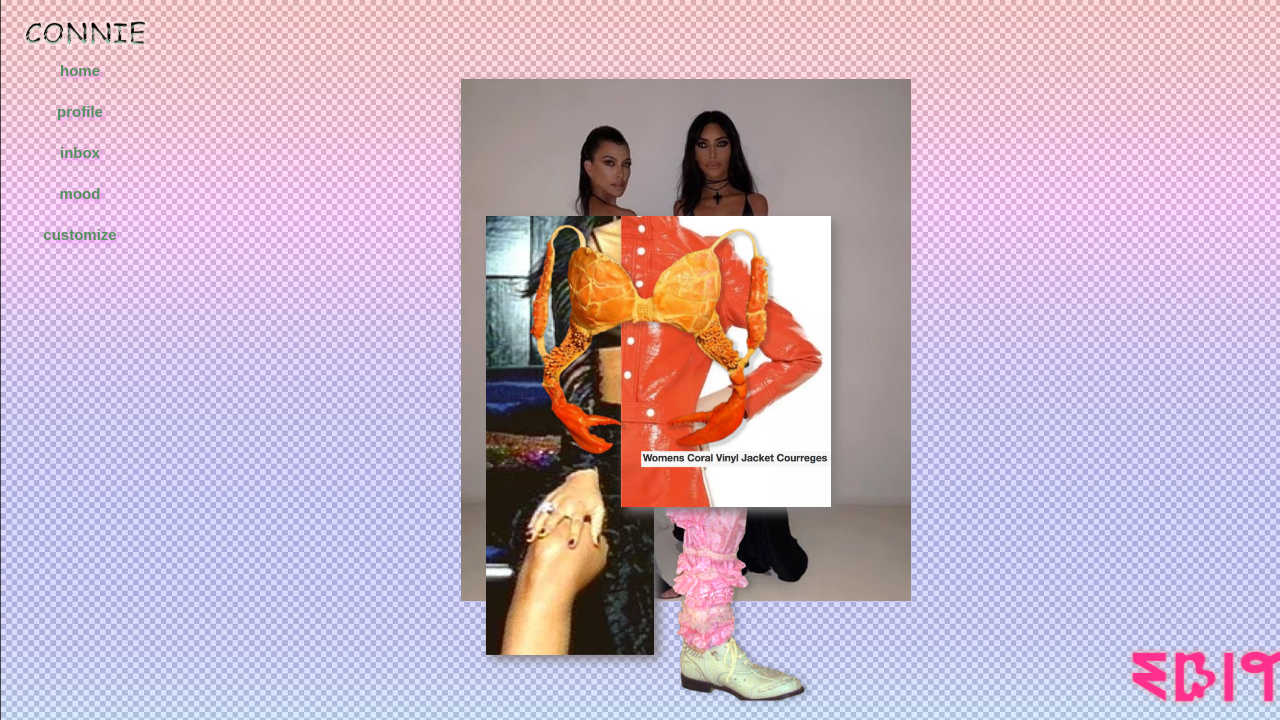
Repository: xuc009/xuc009.github.io
Page: track12/index.html
The author's editor kept a copy of each file at every save. The page is drawn from the files as they stood at one save, then again after the next save.
The browser window is 1280 px wide. The pictures show the whole page.
Some web fonts or font styles are not loaded; a fallback is used. Some web libraries are served in a nearby version.

Above is the page before, as saved 2018-12-08 16:49:21.

After the next save:
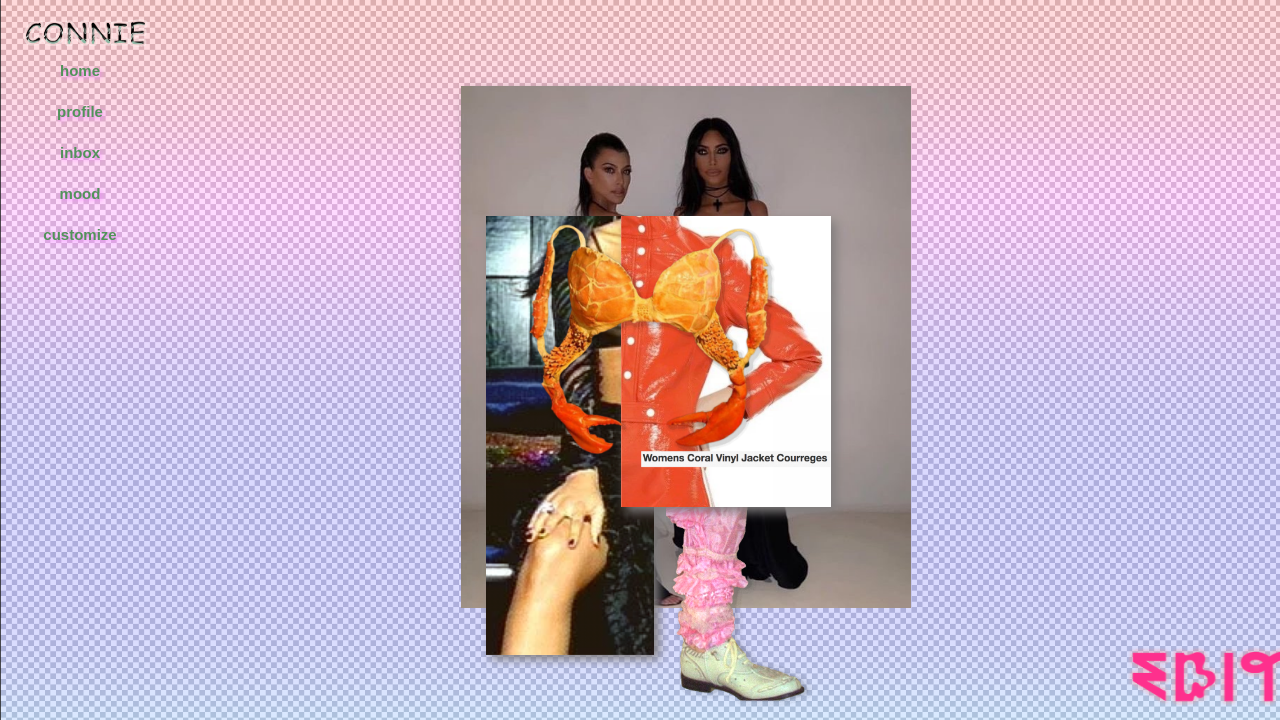
Saved 4 s later.
--- a/track12/assets/css/styles.css
+++ b/track12/assets/css/styles.css
@@ -51,7 +51,7 @@
     box-shadow: 5px 5px 10px #807d7d;
     cursor: move;
     position: absolute;
-    top: 11%;
+    top: 12%;
     left: 36%;
 }
 
